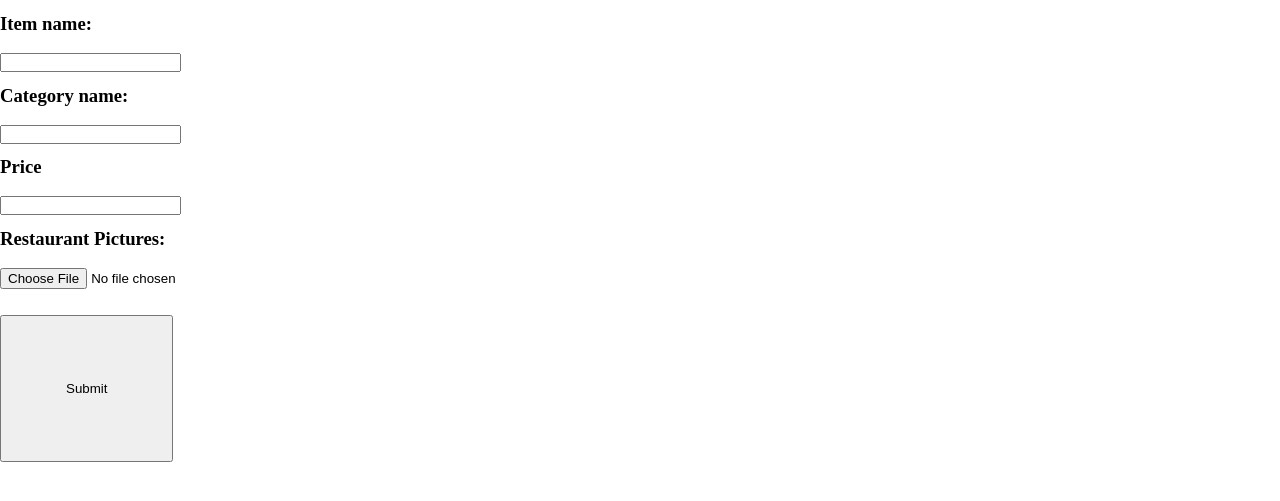
Repository: jatannoury/Ecommerce-Laravel-Electron
Page: Admin-electron/src/HTML/add_item.html
These files come from the project's save history. The page is drawn as it stood at one moment and after the next save; the edit follows.
The browser window is 1280 px wide. The pictures show the whole page.

Above is the page before, as saved 2022-06-10 22:50:29.

After the next save:
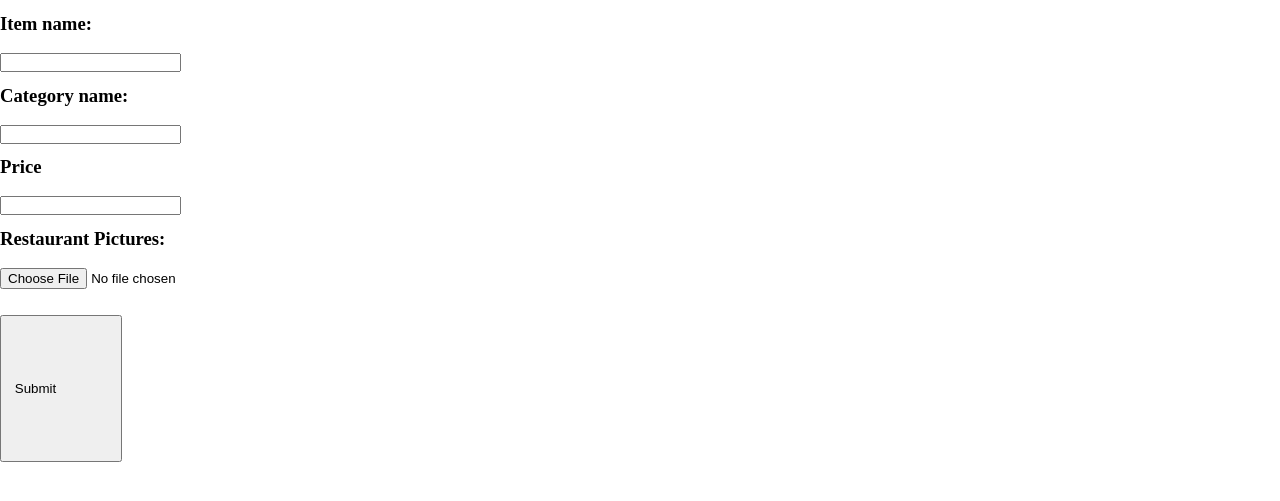
Saved 7 s later.
--- a/Admin-electron/src/CSS/styles.css
+++ b/Admin-electron/src/CSS/styles.css
@@ -29,5 +29,5 @@
 .submit{
     margin-top: 2%;
 
-    padding: 5% 5% 5% 5%;
+    padding: 5% 5% 5% 1%;
 }
